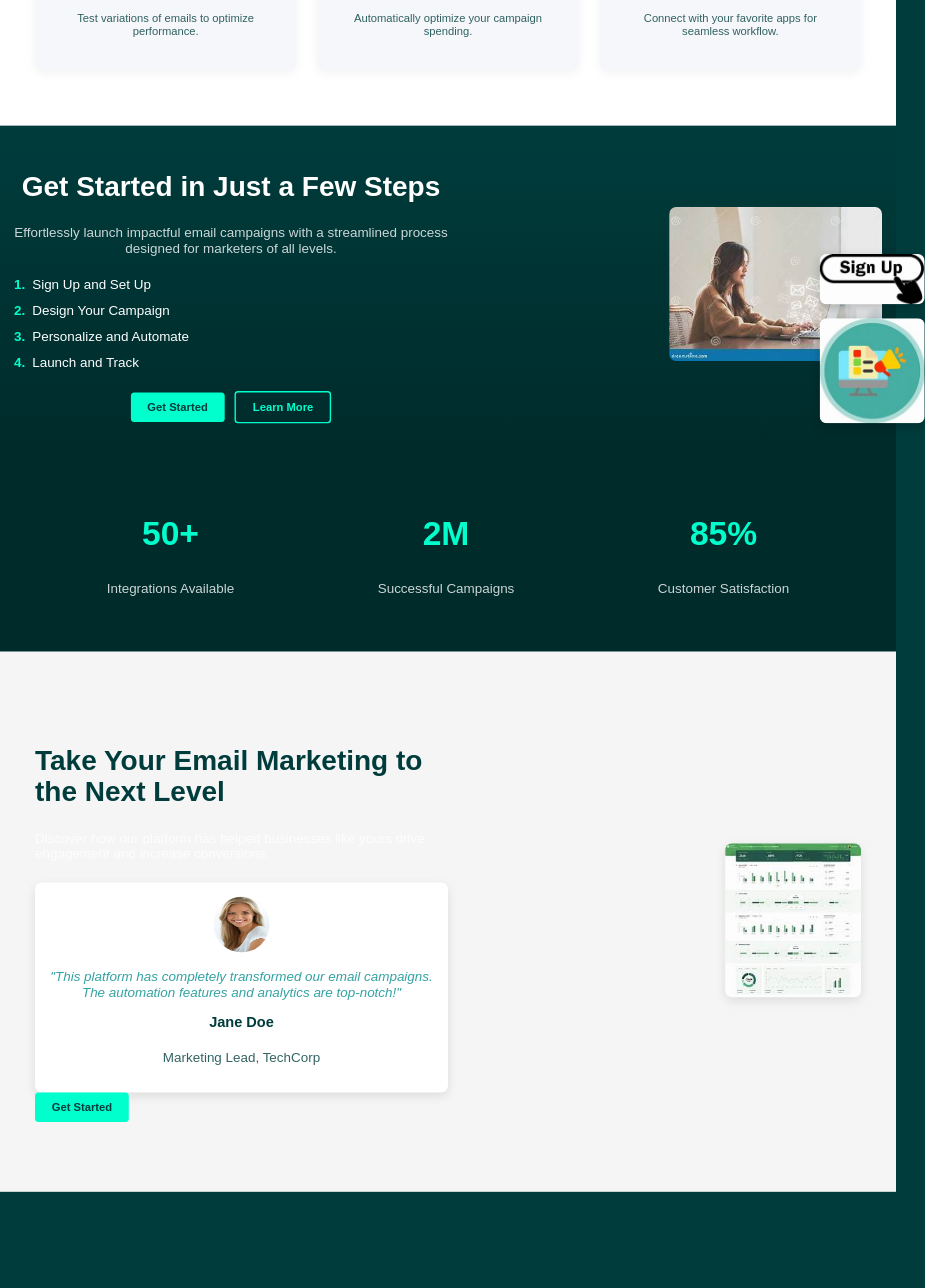
Repository: Patience225/email-marketing
Page: index.html
The author's editor kept a copy of each file at every save. The page is drawn from the files as they stood at one save, then again after a run of saves.
The browser window is 1280 px wide. The page is 1321 px wide, so the pictures cover 1321 px, including what lies to the right of the window. The pictures show the part of the page from y = 1414 to 3254 px (the page is 4397 px tall before and 4487 px after), at 70% of full size.

Above is the page before, as saved 2025-01-29 18:23:35.
Console error: TypeError: Cannot read properties of null (reading 'addEventListener')

### index.html
<!DOCTYPE html>
<html lang="en">
<head>
    <meta charset="UTF-8">
    <meta name="viewport" content="width=device-width, initial-scale=1.0">
    <title>BrMail - Smarter Email Campaigns</title>
    <link rel="stylesheet" href="styles.css">
    <link rel="stylesheet" href="https://cdnjs.cloudflare.com/ajax/libs/font-awesome/6.5.1/css/all.min.css">
    <script defer src="script.js"></script>
</head>
<body>

    <!-- Navigation Bar -->
    <nav class="navbar">
        <div class="logo">BrMail</div>
        <ul class="nav-links">
            <li><a href="#">Products</a></li>
            <li><a href="#">Solutions</a></li>
            <li><a href="#">Pricing</a></li>
            <li><a href="#">Resources</a></li>
        </ul>
        <div class="nav-buttons">
            <a href="#" class="cta-btn">Sign Up</a>
        </div>
        <div class="hamburger-menu" id="hamburger">
            ☰
        </div>
    </nav>
<!-- Hero Section -->
<header class="hero">
  <div class="hero-content">
      <h1>Grow Your Business with <span>Smarter</span> Email Campaigns</h1>
      <p>Create, send, and optimize impactful email campaigns that drive customer engagement.</p>
      <a href="#" class="cta-btn">Get Started</a>
      <div class="trusted-by">
          <p>Trusted by</p>
          <div class="brand-icons">
              <img src="images/AEI communication.jpg" alt="AEI communication">
              <img src="images/Aspen Group.png" alt="Aspen Group.pn">
              <img src="images/Eng Tek.jpeg" alt="Eng Tek">
              <img src="images/Intellect.jpeg" alt="Intellect">
              <img src="images/MSOGO.jpeg" alt="MSOGO">
          </div>
      </div>
  </div>
  <div class="hero-image">
      <img src="images/hero-woman.jpeg" alt="Hero Woman">
      <div class="floating-ui">
          <img src="images/email-ui-1.jpeg" alt="UI 1">
          <img src="images/email-ui-2.jpeg" alt="UI 2">
      </div>
  </div>
</header>
<!-- Features Section -->
<section class="features">
  <div class="features-header">
      <h2>Email Marketing Made Simple and Powerful</h2>
      <p>Empower your email marketing with tools designed to make your campaigns effortless, impactful, and data-driven.</p>
  </div>

  <div class="features-grid">
      <div class="feature-card">
          <img src="images/icon-drag-drop.jpeg" alt="Drag and Drop Editor">
          <h3>Drag-and-Drop Editor</h3>
          <p>Customize emails in a simple, drag-and-drop interface.</p>
      </div>

      <div class="feature-card">
          <img src="images/icon-automation.jpeg" alt="Personalized Automation">
          <h3>Personalized Automation</h3>
          <p>Deliver relevant messages to customers automatically.</p>
      </div>

      <div class="feature-card">
          <img src="images/icon-analytics.jpeg" alt="Advanced Analytics">
          <h3>Advanced Analytics</h3>
          <p>Gain insights to optimize your email marketing.</p>
      </div>

      <div class="feature-card">
          <img src="images/icon-ab-testing.jpeg" alt="A/B Testing">
          <h3>A/B Testing</h3>
          <p>Test variations of emails to optimize performance.</p>
      </div>

      <div class="feature-card">
          <img src="images/icon-ai-budgeting.jpeg" alt="AI-Powered Budgeting">
          <h3>AI-Powered Budgeting</h3>
          <p>Automatically optimize your campaign spending.</p>
      </div>

      <div class="feature-card">
          <img src="images/icon-integrations.jpeg" alt="Integrations">
          <h3>Integrations</h3>
          <p>Connect with your favorite apps for seamless workflow.</p>
      </div>
  </div>
</section>
<!-- Get Started Section -->
<section class="get-started">
  <div class="get-started-content">
      <h2>Get Started in Just a Few Steps</h2>
      <p>Effortlessly launch impactful email campaigns with a streamlined process designed for marketers of all levels.</p>

      <ul class="steps-list">
          <li><span>1.</span> Sign Up and Set Up</li>
          <li><span>2.</span> Design Your Campaign</li>
          <li><span>3.</span> Personalize and Automate</li>
          <li><span>4.</span> Launch and Track</li>
      </ul>

      <div class="get-started-buttons">
          <a href="#" class="btn-primary">Get Started</a>
          <a href="#" class="btn-secondary">Learn More</a>
      </div>
  </div>

  <div class="get-started-image">
      <img src="images/Woman using platform.jpeg" alt="Woman using platform">
      <div class="floating-ui">
          <img src="images/sign up Icon.jpeg" alt="Step 1 UI">
          <img src="images/design campaign Icon.jpeg" alt="Step 2 UI">
      </div>
  </div>
</section>
<!-- Statistics Section -->
<section class="statistics">
  <div class="stat">
      <h2>50+</h2>
      <p>Integrations Available</p>
  </div>
  <div class="stat">
      <h2>2M</h2>
      <p>Successful Campaigns</p>
  </div>
  <div class="stat">
      <h2>85%</h2>
      <p>Customer Satisfaction</p>
  </div>
</section>
<!-- Testimonials Section -->
<section class="testimonials">
  <div class="testimonial-content">
      <h2>Take Your Email Marketing to the Next Level</h2>
      <p>Discover how our platform has helped businesses like yours drive engagement and increase conversions.</p>

      <div class="testimonial-card">
          <img src="images/Jane doe.jpeg" alt="User testimonial" class="testimonial-img">
          <p class="testimonial-text">"This platform has completely transformed our email campaigns. The automation features and analytics are top-notch!"</p>
          <h4 class="testimonial-name">Jane Doe</h4>
          <p class="testimonial-role">Marketing Lead, TechCorp</p>
      </div>

      <a href="#" class="btn-primary">Get Started</a>
  </div>

  <div class="testimonial-image">
      <img src="images/dashboard preview.jpeg" alt="Dashboard Preview">
  </div>
</section>
<!-- Pricing Section -->
<section class="pricing">
  <h2>Choose a Plan That Fits Your Needs</h2>
  <p>Flexible pricing plans for businesses of all sizes.</p>

  <div class="pricing-cards">
      <!-- Basic Plan -->
      <div class="pricing-card basic">
          <h3>Basic</h3>
          <p class="price">$19/month</p>
          <ul>
              <li>Up to 1,000 Emails</li>
              <li>Email Support</li>
              <li>Basic Analytics</li>
          </ul>
          <a href="#" class="btn-primary">Get Started</a>
      </div>

      <!-- Professional Plan -->
      <div class="pricing-card professional">
          <h3>Professional</h3>
          <p class="price">$49/month</p>
          <ul>
              <li>Up to 10,000 Emails</li>
              <li>Priority Support</li>
              <li>Advanced Analytics</li>
              <li>A/B Testing</li>
          </ul>
          <a href="#" class="btn-primary">Get Started</a>
      </div>

      <!-- Enterprise Plan -->
      <div class="pricing-card enterprise">
          <h3>Enterprise</h3>
          <p class="price">Contact Us</p>
          <ul>
              <li>Unlimited Emails</li>
              <li>Dedicated Account Manager</li>
              <li>Custom Features</li>
              <li>24/7 Support</li>
          </ul>
          <a href="#" class="btn-primary">Contact Sales</a>
      </div>
  </div>
</section>
<!-- Get Started in Minutes Section -->
<section class="get-started">
  <h2>Get Started in Minutes</h2>
  <p>Sign up now and launch your first email campaign today.</p>

  <form class="get-started-form">
      <input type="email" placeholder="Enter your email" required>
      <button type="submit" class="btn-primary">Get Started</button>
  </form>
</section>
<!-- Footer Section -->
<footer class="footer">
  <div class="footer-container">
      <!-- Branding -->
      <div class="footer-brand">
          <h2>BrMail</h2>
          <p>Your trusted email marketing solution.</p>
      </div>

      <!-- Navigation Links -->
      <div class="footer-links">
          <h3>Company</h3>
          <ul>
              <li><a href="#">Home</a></li>
              <li><a href="#">Features</a></li>
              <li><a href="#">Pricing</a></li>
              <li><a href="#">Contact</a></li>
          </ul>
      </div>

      <!-- Social Media -->
      <div class="footer-social">
          <h3>Follow Us</h3>
          <ul>
              <li><a href="#"><i class="fab fa-facebook"></i></a></li>
              <li><a href="#"><i class="fab fa-twitter"></i></a></li>
              <li><a href="#"><i class="fab fa-linkedin"></i></a></li>
          </ul>
      </div>
  </div>

  <!-- Copyright -->
  <div class="footer-bottom">
      <p>&copy; 2025 BrMail. All Rights Reserved.</p>
  </div>
</footer>
</body>
</html>

### styles.css
/* General Styles */
body {
  font-family: 'Poppins', sans-serif;
  margin: 0;
  padding: 0;
  background-color: #003C3C;
  color: white;
}

/* Navigation Bar */
.navbar {
  display: flex;
  justify-content: space-between;
  align-items: center;
  padding: 20px 50px;
  background: rgba(0, 60, 60, 0.9);
  position: fixed;
  width: 100%;
  top: 0;
  left: 0;
  z-index: 1000;
}

.logo {
  font-size: 1.5rem;
  font-weight: bold;
  cursor: pointer;
}

.nav-links {
  list-style: none;
  display: flex;
  gap: 20px;
}

.nav-links li {
  display: inline;
}

.nav-links a {
  text-decoration: none;
  color: white;
  font-weight: 500;
  transition: color 0.3s;
}

.nav-links a:hover {
  color: #00ffcc;
}

/* Buttons */
.nav-buttons {
  display: flex;
  gap: 10px;
}

.cta-btn {
  color: white;
  background: #00ffcc;
  padding: 12px 24px;
  border-radius: 5px;
  text-decoration: none;
  transition: 0.3s;
  display: inline-block;
  margin-top: 20px;
  font-weight: bold;
}

.cta-btn:hover {
  background: #009977;
}

/* Mobile Menu */
.hamburger-menu {
  display: none;
  font-size: 2rem;
  cursor: pointer;
  color: white;
}

/* Responsive Design */
@media (max-width: 768px) {
  .nav-links {
      display: none;
      flex-direction: column;
      background: rgba(0, 60, 60, 0.95);
      position: absolute;
      top: 70px;
      right: 0;
      width: 100px;
      padding: 20px;
      border-radius: 5px;
    }


  .nav-links.active {
      display: flex;
  }

  .hamburger-menu {
      display: block;
  }
}

/* Hero Section */
.hero {
  display: flex;
  align-items: center;
  justify-content: space-between;
  padding: 100px 50px;
  background: linear-gradient(to bottom, #002b2b, #003C3C);
  color: white;
  position: relative;
  overflow: hidden;
}

/* Hero Text Content */
.hero-content {
  max-width: 50%;
}

.hero-content h1 {
  font-size: 3rem;
  font-weight: bold;
  line-height: 1.2;
}

.hero-content h1 span {
  color: #00ffcc;
}

.hero-content p {
  font-size: 1.2rem;
  margin: 20px 0;
  opacity: 0.8;
}

/* Trusted By Section */
.trusted-by {
  margin-top: 40px;
}

.trusted-by p {
  font-size: 1rem;
  opacity: 0.8;
}

.brand-icons {
  display: flex;
  gap: 20px;
  margin-top: 10px;
}

.brand-icons img {
  height: 40px;
  opacity: 0.7;
  transition: 0.3s;
}

.brand-icons img:hover {
  opacity: 1;
}

/* Hero Image Section */
.hero-image {
  position: relative;
  max-width: 40%;
}

.hero-image img {
  max-width: 100%;
  border-radius: 10px;
}

/* Floating UI Elements */
.floating-ui {
  position: absolute;
  top: 30%;
  right: -20%;
  display: flex;
  flex-direction: column;
  gap: 20px;
}

.floating-ui img {
  width: 150px;
  box-shadow: 0px 5px 15px rgba(0, 0, 0, 0.2);
  border-radius: 10px;
}

/* Mobile Responsive */
@media (max-width: 768px) {
  .hero {
      flex-direction: column;
      text-align: center;
      padding: 80px 20px;
  }

  .hero-content {
      max-width: 100%;
  }

  .hero-image {
      max-width: 100%;
      margin-top: 40px;
  }

  .floating-ui {
      display: none; /* Hide floating UI elements on small screens */
  }
}

/* Features Section */
.features {
  text-align: center;
  padding: 80px 50px;
  background: white;
  color: #003C3C;
}

/* Section Header */
.features-header h2 {
  font-size: 2.5rem;
  font-weight: bold;
}

.features-header p {
  font-size: 1.2rem;
  opacity: 0.8;
  max-width: 600px;
  margin: 0 auto;
  margin-top: 10px;
}

/* Feature Cards Grid */
.features-grid {
  display: grid;
  grid-template-columns: repeat(3, 1fr);
  gap: 30px;
  margin-top: 40px;
}

/* Individual Feature Card */
.feature-card {
  background: #f5f7fa;
  padding: 30px;
  border-radius: 10px;
  text-align: center;
  transition: 0.3s;
  box-shadow: 0 5px 15px rgba(0, 0, 0, 0.05);
}

.feature-card:hover {
  transform: translateY(-5px);
  box-shadow: 0 10px 20px rgba(0, 0, 0, 0.1);
}

.feature-card img {
  height: 60px;
  margin-bottom: 20px;
}

.feature-card h3 {
  font-size: 1.5rem;
  margin-bottom: 10px;
}

.feature-card p {
  font-size: 1rem;
  opacity: 0.8;
}

/* Responsive Design */
@media (max-width: 992px) {
  .features-grid {
      grid-template-columns: repeat(2, 1fr);
  }
}

@media (max-width: 768px) {
  .features-grid {
      grid-template-columns: 1fr;
  }
}

/* Get Started Section */
.get-started {
  display: flex;
  align-items: center;
  justify-content: space-between;
  padding: 30px 20px;
  background: linear-gradient(to bottom, #003C3C, #002b2b);
  color: white;
  text-align: center;
}

/* Text Content */
.get-started-content {
  max-width: 50%;
}

.get-started-content h2 {
  font-size: 2.5rem;
  font-weight: bold;
}

.get-started-content p {
  font-size: 1.2rem;
  opacity: 0.8;
  margin-top: 10px;
}

/* Steps List */
.steps-list {
  list-style: none;
  margin-top: 30px;
  padding: 0;
}

.steps-list li {
  font-size: 1.2rem;
  margin-bottom: 15px;
  display: flex;
  align-items: center;
}

.steps-list li span {
  font-weight: bold;
  color: #00ffcc;
  margin-right: 10px;
}

/* Buttons */
.get-started-buttons {
  margin-top: 30px;
}

.btn-primary {
  display: inline-block;
  padding: 12px 24px;
  background: #00ffcc;
  color: #003C3C;
  font-weight: bold;
  text-decoration: none;
  border-radius: 5px;
  transition: 0.3s;
  margin-right: 10px;
  text-align: center;
}

.btn-primary:hover {
  background: #009977;
  color: #003C3C;
}

.btn-secondary {
  display: inline-block;
  padding: 12px 24px;
  background: transparent;
  border: 2px solid #00ffcc;
  color: #00ffcc;
  font-weight: bold;
  text-decoration: none;
  border-radius: 5px;
  transition: 0.3s;
}

.btn-secondary:hover {
  background: #00ffcc;
  color: #003C3C;
}

/* Image Section */
.get-started-image {
  position: relative;
  max-width: 40%;
}

.get-started-image img {
  max-width: 100%;
  border-radius: 10px;
}

/* Mobile Responsive */
@media (max-width: 768px) {
  .get-started {
      flex-direction: column;
      text-align: center;
      padding: 80px 20px;
  }

  .get-started-content {
      max-width: 100%;
  }

  .get-started-image {
      max-width: 100%;
      margin-top: 40px;
  }

  .floating-ui {
      display: none; /* Hide floating UI elements on small screens */
  }

  .btn-primary, .btn-secondary {
      display: block;
      width: 100%;
      text-align: center;
      margin-bottom: 10px;
  }
}

/* Statistics Section */
.statistics {
  display: flex;
  justify-content: space-around;
  align-items: center;
  padding: 60px 50px;
  background: #002b2b;
  color: white;
  text-align: center;
}

/* Individual Stat */
.stat h2 {
  font-size: 3rem;
  font-weight: bold;
  color: #00ffcc;
}

.stat p {
  font-size: 1.2rem;
  opacity: 0.8;
}

/* Mobile Responsive */
@media (max-width: 768px) {
  .statistics {
      flex-direction: column;
      gap: 30px;
      padding: 50px 20px;
  }
}

/* Testimonials Section */
.testimonials {
  display: flex;
  align-items: center;
  justify-content: space-between;
  padding: 100px 50px;
  background: #f5f5f5;
}

/* Content */
.testimonial-content {
  max-width: 50%;
}

.testimonial-content h2 {
  font-size: 2.5rem;
  font-weight: bold;
  color: #003C3C;
}

.testimonial-content p {
  font-size: 1.2rem;
  opacity: 0.8;
  margin-top: 10px;
}

/* Testimonial Card */
.testimonial-card {
  background: white;
  padding: 20px;
  margin-top: 30px;
  border-radius: 10px;
  box-shadow: 0px 5px 15px rgba(0, 0, 0, 0.1);
  text-align: center;
}

.testimonial-img {
  width: 80px;
  height: 80px;
  border-radius: 50%;
  margin-bottom: 10px;
}

.testimonial-text {
  font-size: 1.1rem;
  font-style: italic;
  opacity: 0.9;
  color: darkcyan;
}

.testimonial-name {
  font-size: 1.3rem;
  font-weight: bold;
  color: #003C3C;
  margin-top: 10px;
}

.testimonial-role {
  font-size: 1rem;
  opacity: 0.7;
  color: #003C3C;
}

/* Image Section */
.testimonial-image {
  max-width: 40%;
}

.testimonial-image img {
  max-width: 100%;

  border-radius: 10px;
  box-shadow: 0px 5px 15px rgba(0, 0, 0, 0.1);
}

/* Mobile Responsive */
@media (max-width: 768px) {
  .testimonials {
      flex-direction: column;
      text-align: center;
      padding: 80px 20px;
  }

  .testimonial-content {
      max-width: 100%;
  }

  .testimonial-image {
      max-width: 100%;
      margin-top: 40px;
  }

  .btn-primary {
      display: block;
      width: 100%;
      text-align: center;
  }
}

/* Pricing Section */
.pricing {
  text-align: center;
  padding: 100px 50px;
  background: #003C3C;
  color: white;
}

.pricing h2 {
  font-size: 2.5rem;
  font-weight: bold;
  margin-bottom: 10px;
}

.pricing p {
  font-size: 1.2rem;
  opacity: 0.8;
  margin-bottom: 50px;
}

/* Pricing Cards */
.pricing-cards {
  display: flex;
  justify-content: center;
  gap: 20px;
}

.pricing-card {
  background: white;
  color: #003C3C;
  padding: 30px;
  border-radius: 10px;
  box-shadow: 0px 5px 15px rgba(0, 0, 0, 0.1);
  max-width: 300px;
  text-align: left;
  transition: transform 0.3s;
}

.pricing-card:hover {
  transform: translateY(-10px);
}

/* Plan Name & Price */
.pricing-card h3 {
  font-size: 1.5rem;
  margin-bottom: 20px;
}

.pricing-card .price {
  font-size: 2rem;
  font-weight: bold;
  color: #00ffcc;
  margin-bottom: 20px;
}

/* Feature List */
.pricing-card ul {
  list-style: none;
  padding: 0;
  margin-bottom: 20px;
}

.pricing-card ul li {
  font-size: 1rem;
  margin-bottom: 10px;
  display: flex;
  align-items: center;
}

/* Plan Specific Colors */
.pricing-card.basic {
  border-top: 5px solid #00ffcc;
}

.pricing-card.professional {
  border-top: 5px solid #009977;
}

.pricing-card.enterprise {
  border-top: 5px solid #006666;
}

/* Mobile Responsive */
@media (max-width: 768px) {
  .pricing-cards {
      flex-direction: column;
      align-items: center;
      gap: 30px;
  }

  .pricing-card {
      max-width: 100%;
  }
}

.get-started h2 {
  font-size: 2.5rem;
  font-weight: bold;
  width: ;
}

.get-started p {
  font-size: 1.2rem;
  opacity: 0.8;
  margin: 15px 0 30px;
}

/* Form */
.get-started-form {
  display: flex;
  justify-content: center;
  gap: 10px;
  max-width: 500px;
  margin: 0 auto;
  flex-direction: column;
}

.get-started-form input {
  flex: 1;
  padding: 12px;
  font-size: 1rem;
  border: 2px solid #003C3C;
  border-radius: 5px;
  outline: none;
}

.get-started-form button {
  padding: 12px 20px;
  background: #003C3C;
  color: white;
  font-size: 1rem;
  font-weight: bold;
  border: none;
  border-radius: 5px;
  cursor: pointer;
  transition: 0.3s;
}

.get-started-form button:hover {
  background: white;
  color: #003C3C;
  border: 2px solid #003C3C;
}

/* Mobile Responsive */
@media (max-width: 768px) {
  .get-started-form {
      flex-direction: column;
      gap: 15px;
  }

  .get-started-form input,
  .get-started-form button {
      width: 100%;
  }
}
/* Footer Section */
.footer {
  background: #003C3C;
  color: white;
  padding: 60px 50px;
}

.footer-container {
  display: flex;
  justify-content: space-between;
  flex-wrap: wrap;
  max-width: 1100px;
  margin: 0 auto;
}

/* Branding */
.footer-brand h2 {
  font-size: 1.8rem;
  font-weight: bold;
}

.footer-brand p {
  opacity: 0.8;
  font-size: 1rem;
}

/* Links */
.footer-links,
.footer-social {
  text-align: left;
}

.footer-links h3,
.footer-social h3 {
  font-size: 1.3rem;
  margin-bottom: 15px;
}

.footer-links ul,
.footer-social ul {
  list-style: none;
  padding: 0;
}

.footer-links ul li,
.footer-social ul li {
  margin-bottom: 10px;
}

.footer-links ul li a,
.footer-social ul li a {
  text-decoration: none;
  color: white;
  opacity: 0.8;
  transition: 0.3s;
}

.footer-links ul li a:hover,
.footer-social ul li a:hover {
  opacity: 1;
}

/* Social Icons */
.footer-social ul {
  display: flex;
  gap: 15px;
}

.footer-social ul li a {
  font-size: 1.5rem;
}

/* Copyright */
.footer-bottom {
  text-align: center;
  margin-top: 40px;
  font-size: 0.9rem;
  opacity: 0.7;
}

/* Mobile Responsive */
@media (max-width: 768px) {
  .footer-container {
      flex-direction: column;
      text-align: center;
      gap: 30px;
  }

  .footer-social ul {
      justify-content: center;
  }
}

/* ========== Mobile Menu Active State ========== */
.nav-links.active {
  display: flex;
}

/* ========== Scroll Animation ========== */
.animate-on-scroll {
  opacity: 0;
  transform: translateY(30px);
  transition: opacity 0.6s ease, transform 0.6s ease;
}

.animate-on-scroll.visible {
  opacity: 1;
  transform: translateY(0);
}

Loaded but not shown: script.js (71 lines, source omitted)

After the next 2 saves:
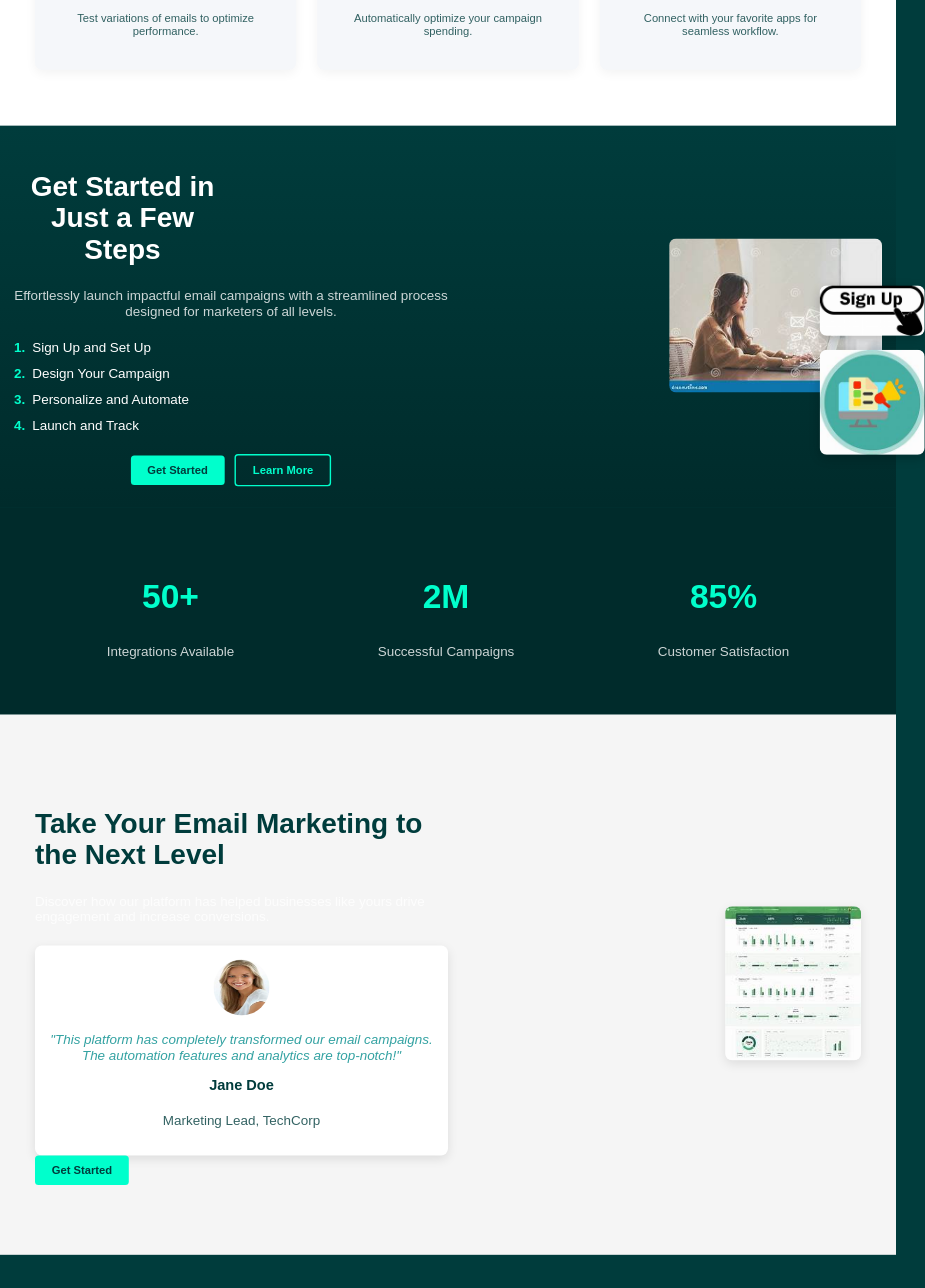
The 2 saves are shown as one change because they came seconds apart.
The last was saved 10 s later.
--- a/styles.css
+++ b/styles.css
@@ -639,7 +639,7 @@ body {
 .get-started h2 {
   font-size: 2.5rem;
   font-weight: bold;
-  width: ;
+  width: 50%;
 }
 
 .get-started p {
